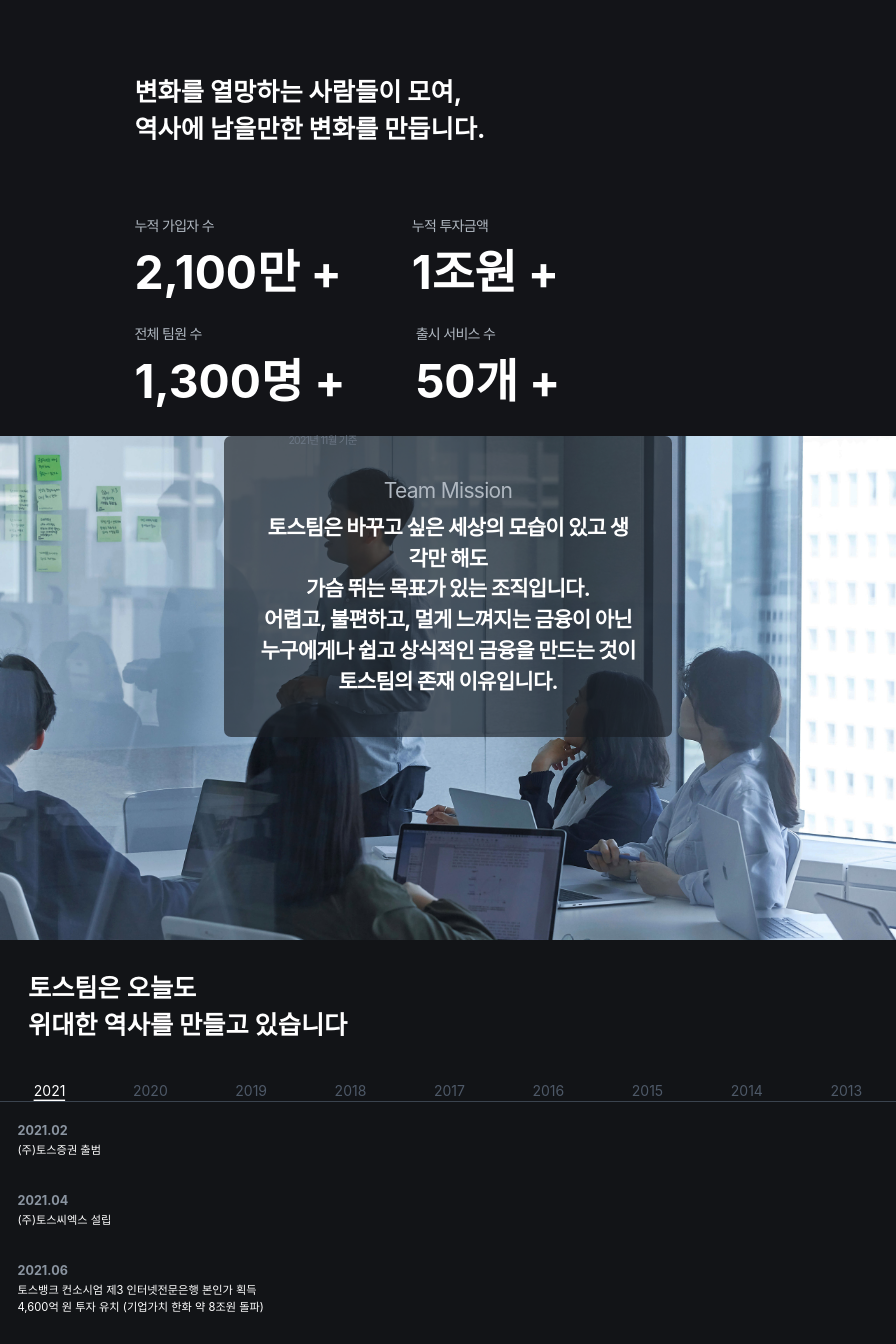
Repository: Tossproject/tossProject
Page: common/intro.html
An editor plug-in stored every save of this project. The page is shown before and after the next save, followed by the edit.
The browser window is 1280 px wide. The pictures show the part of the page from y = 817 to 2737 px (the page is 8412 px tall), at 70% of full size.
A picture or video elsewhere on the page could not be fetched, so the positions and the page height are approximate.

Above is the page before, as saved 2022-01-09 11:32:45.

### common/intro.html
<!DOCTYPE html>
<html lang="ko">

<head>
    <meta charset="UTF-8">
    <meta http-equiv="X-UA-Compatible" content="IE=edge">
    <meta name="viewport" content="width=device-width, initial-scale=1.0">
    <title>토스팀 소개</title>
    <link rel="stylesheet" href="../css/common.css">
    <link rel="shortcut icon" href="https://static.toss.im/tds/favicon/favicon.ico">
    <link rel="stylesheet" href="../css/intro.css">
    <link rel="stylesheet" href="https://use.fontawesome.com/releases/v5.15.4/css/all.css" integrity="sha384-DyZ88mC6Up2uqS4h/KRgHuoeGwBcD4Ng9SiP4dIRy0EXTlnuz47vAwmeGwVChigm" crossorigin="anonymous">
</head>
</head>

<body>
    <div class="container">
        <!-- header -->
        <header>
            <nav class="toss_nav">
                <div class="navicon">
                    <a href="#" class="logo"><img src="../images/logo.svg" alt="toss"></a>
                    <div class="trigger">
                        <span class="icon"></span>
                        <span class="icon2"></span>
                    </div>
                </div>
                <ul>
                    <li><a href="#">회사 소개</a></li>
                    <li><a href="#">고객 센터</a></li>
                    <li><a href="#">자주 묻는 질문</a></li>
                    <li><a href="#">공동인증서 관리</a></li>
                    <li><a href="#">채용</a></li>
                </ul>
            </nav>
        </header>
        <!--섹션 1-->
        <section>
            <div class="first-section">
                <div class="txt">
                   <p> 금융, 그 이상의<br>역사를 만들고 있습니다<br></p>
                    <i class="fas fa-chevron-down"></i>
                </div>
            </div>
        </section>

        <!--섹션 2-->
        <section>
            <div class="second-section">
                <h4>변화를 열망하는 사람들이 모여,<br>역사에 남을만한 변화를 만듭니다.</h4>
                <ul>
                    <li>
                        <p>누적 가입자 수</p>
                        <h3>2,100만 +</h3>
                    </li>
                    <li class="mr">
                        <p>누적 투자금액</p>
                        <h3>1조원 +</h3>
                    </li>
                    <li>
                        <p>전체 팀원 수</p>
                        <h3>1,300명 +</h3>
                    </li>
                    <li class="mr">
                        <p>출시 서비스 수</p>
                        <h3>50개 +</h3>
                    </li>
                    <li class="pl">
                        <span>2021년 11월 기준</span>
                    </li>
                </ul>
            </div>
        </section>

        <!--섹션 3-->
        <section>
            <div class="third-section">
                <div class="modal">
                    <h4>Team Mission</h4>
                    <p>토스팀은 바꾸고 싶은 세상의 모습이 있고 생각만 해도<br>가슴 뛰는 목표가 있는 조직입니다. <br>어렵고, 불편하고, 멀게 느껴지는 금융이 아닌<br>누구에게나 쉽고 상식적인 금융을 만드는 것이 토스팀의 존재 이유입니다.</p>
                </div>
            </div>
        </section>

        <!--섹션 4-->
        <section>
            <div class="fourth-section">
                <h3>토스팀은 오늘도 <br>위대한 역사를 만들고 있습니다</h3>
                <ul class="year-tab">
                    <li class="year-active">2021</li>
                    <li>2020</li>
                    <li>2019</li>
                    <li>2018</li>
                    <li>2017</li>
                    <li>2016</li>
                    <li>2015</li>
                    <li>2014</li>
                    <li>2013</li>
                </ul>
                <div class="annual-contents">
                    <ul>
                        <li>
                            <span>2021.02</span>
                            <p>(주)토스증권 출범</p>
                        </li>
                        <li>
                            <span>2021.04</span>
                            <p>(주)토스씨엑스 설립</p>
                        </li>
                        <li>
                            <span>2021.06</span>
                            <p>토스뱅크 컨소시엄 제3 인터넷전문은행 본인가 획득<br>4,600억 원 투자 유치 (기업가치 한화 약 8조원 돌파)</p>
                        </li>
                        <li>
                            <span>2021.08</span>
                            <p>평생 무료 송금 정책 전격 도입</p>
                        </li>
                    </ul>
                </div>
            </div>
        </section>

        <!--섹션 5-->
        <section>
            <div class="fifth-section">
                <div class="finance">
                    <h3>토스가 바꿀 금융</h3>
                    <p>모두를 위한, 새로운 금융을 만들고자 합니다</p>
                </div>
                <ul>
                    <li>
                        <div class="contents core">
                            <p>토스코어</p>
                            <h4>상식적인 금융 서비스는 <br>삶을 윤택하게 합니다</h4>
                            <i class="fas fa-plus-circle fa-lg"></i>
                        </div>
                    </li>
                    <li>
                        <div class="contents stock">
                            <p>토스증권</p>
                            <h4>투자, 쉽게 시작하고 즐길 수<br>있는 문화가 됩니다</h4>
                            <i class="fas fa-plus-circle fa-lg"></i>
                        </div>
                    </li>
                    <li>
                        <div class="contents pay">
                            <p>토스페이먼츠</p>
                            <h4>결제산업의 새로운 미래를 <br>제시합니다</h4>
                            <i class="fas fa-plus-circle fa-lg"></i>
                        </div>
                    </li>
                    <li>
                        <div class="contents insure">
                            <p>토스인슈어런스</p>
                            <h4>궁극적인 목표는 <br>고객이 만족하는 것</h4>
                            <i class="fas fa-plus-circle fa-lg"></i>
                        </div>
                    </li>
                    <li>
                        <div class="contents bank">
                            <p>토스뱅크</p>
                            <h4>포용과 혁신의 은행을 <br>지향합니다</h4>
                            <i class="fas fa-plus-circle fa-lg"></i>
                        </div>
                    </li>
                    <li>
                        <div class="contents c-ex">
                            <p>토스씨엑스</p>
                            <h4>고객 경험을 <br>최우선으로 생각합니다</h4>
                            <i class="fas fa-plus-circle fa-lg"></i>
                        </div>
                    </li>
                </ul>
            </div>
        </section>

        <!--섹션 6-->
        <section>
            <div class="sixth-section">
                <h3>세계적인 투자자들이 <br>토스팀과 함께합니다</h3>
                <div class="investor">
                    <img src="../images/logo-aspex.jpg" alt="ASPEX MANAGEMENT">
                    <img src="../images/logo-bessemer.jpg" alt="Bessemer Venture Partners">
                    <img src="../images/logo-paypal.jpg" alt="PayPal">
                    <img src="../images/logo-goodwater.jpg" alt="GOODWATER CAPITAL">
                    <img src="../images/logo-kp.jpg" alt="KLEINER PERKINS">
                    <img src="../images/logo-altos.jpg" alt="ALTOS VENTURES">
                    <img src="../images/logo-gic.jpg" alt="GIC">
                    <img src="../images/logo-ribbit.jpg" alt="Ribbit Capital">
                </div>
            </div>
        </section>

        <!--섹션 7-->
        <section>
            <div class="seventh-section">
                <h3>언론 속의 토스</h3>
                <nav>
                    <ul>
                        <li class="news-active">2021</li>
                        <li>2020</li>
                        <li>2019</li>
                        <li>2018</li>
                        <li>2017</li>
                    </ul>
                </nav>
                <div class="news-contents">
                    <ul>
                        <li>
                            <a href="https://www.hankyung.com/economy/article/2021062395441">
                                <p><span>한국경제</span> 2021.06</p>
                                <h4>토스, 기업가치 8조로... '데카콘' 눈앞</h4>
                            </a>
                        </li>
                        <li>
                            <a href="https://www.mk.co.kr/news/economy/view/2021/06/558615">
                                <p><span>매일경제</span> 2021.06</p>
                                <h4>"학생 주부도 맘놓고 대출" 9월 문여는 토스뱅크, 중저신용자 대출 승부수</h4>
                            </a>
                        </li>
                        <li>
                            <a href="https://www.chosun.com/economy/stock-finance/2021/06/10/IRKKDBHR6NDEHAS6XPORIJ7Q24/?utm_source=naver&utm_medium=referral&utm_campaign=naver-news">
                                <p><span>조선일보</span> 2021.06</p>
                                <h4>20대 80% 쓰는 토스, 은행된다... "세계 첫 슈퍼 금융앱 기대하라"</h4>
                            </a>
                        </li>
                        <li>
                            <a href="https://www.edaily.co.kr/news/read?newsId=02414086629013496&mediaCodeNo=257&OutLnkChk=Y">
                                <p><span>이데일리</span> 2021.04</p>
                                <h4>토스, 지난해 매출 4000억 육박 ... "올해 매출 1조원 도전"</h4>
                            </a>
                        </li>
                        <li>
                            <a href="https://www.sedaily.com/NewsView/22ILDBO5VD">
                                <p><span>서울경제</span> 2021.02</p>
                                <h4>'토스가 핀테크 유니콘 되기까지' 오리지널 다큐멘터리 공개</h4>
                            </a>
                        </li>
                        <li>
                            <a href="http://news.heraldcorp.com/view.php?ud=20210203000264">
                                <p><span>헤럴드경제</span> 2021.02</p>
                                <h4>'모바일·초보·밀레니얼' 3박자 갖춘 토스증권 출범</h4>
                            </a>
                        </li>
                    </ul>
                </div>
                <button type="button">공식 보도자료 보기</button>
            </div>
        </section>

        <!-- footer -->
        <footer>
            <div class="footerbox">

                <!-- footer_top -->
                <div class="footer_top">
                    <ul class="list_service">
                        <li class="title">서비스</li>
                        <li><a href="#">공지사항</a></li>
                        <li><a href="#">자주 묻는 질문</a></li>
                        <li><a href="#">공동인증서 관리</a></li>
                        <li><a href="#">계정 일시잠금</a></li>
                        <li><a href="#">고객센터</a></li>
                        <li><a href="#">브랜드리소스센터</a></li>
                    </ul>
                    <ul class="list_company">
                        <li class="title">회사</li>
                        <li><a href="#">회사 소개</a></li>
                        <li><a href="#">토스페이먼츠</a></li>
                        <li><a href="#">토스인슈어런스</a></li>
                        <li><a href="#">토스증권</a></li>
                        <li><a href="#">토스씨엑스</a></li>
                        <li><a href="#">토스뱅크</a></li>
                        <li><a href="#">채용</a></li>
                        <li><a href="#">블로그</a></li>
                        <li><a href="#">공고</a></li>
                    </ul>
                    <ul class="list_inquire">
                        <li class="title">문의</li>
                        <li><a href="#">사업 제휴</a></li>
                        <li><a href="#">광고 문의</a></li>
                        <li><a href="#">인증 사업 문의</a></li>
                        <li><a href="#">마케팅·PR</a></li>
                        <li><a href="#">IR</a></li>
                    </ul>
                    <ul class="list_center">
                        <li class="title">고객센터</li>
                        <li><a href="#">전화: 1599-49-5 (24시간 연중무휴)</a></li>
                        <li><a href="#">이메일(고객전용): support@toss.im</a></li>
                        <li><a href="#">이메일(외부기관전용): support-af@toss.im</a></li>
                        <li><a href="#">민원 접수</a></li>
                    </ul>
                </div>

                <!-- footer_bottom -->
                <div class="footer_bottom">
                    <!-- footer_bottom_infobox -->
                    <div class="infobox">
                        <p><strong>(주)비바리퍼블리카</strong></p>
                        <p>
                            사업자 등록번호 : 120-88-01280 | 대표 : 이승건<br>
                            호스팅 서비스 : 주식회사 비바리퍼블리카 | 통신판매업 신고번호 : 2014-서울강남-03377 <a href="#">사업자정보확인</a><br>
                            06236 서울특별시 강남구 테헤란로 142, 12층 (역삼동, 아크플레이스)<br>
                            고객센터 : 서울특별시 강남구 테헤란로 133, 8층 (역삼동, 한국타이어빌딩)
                        </p>
                    </div>

                    <!-- footer_bottom_smaillListbox -->
                    <div class="smallListbox">
                        <ul class="smallList">
                            <li><a href="#">서비스 이용약관</a></li>
                            <li><a href="#">통합 금융정보 서비스 약관</a></li>
                            <li><a href="#">이용자의 권리 및 유의사항</a></li>
                            <li><a href="#"><strong>개인정보 처리방침</strong></a></li>
                            <li><a href="#"><strong>채용팀 개인정보 처리방침</strong></a></li>
                            <li><a href="#">영상정보처리기기 운영 관리 방침</a></li>
                            <li><a href="#">위치기반서비스 이용약관</a></li>
                            <li><a href="#">가맹점 고지사항</a></li>
                            <li><a href="#">토스 전자서명인증업무준칙</a></li>
                            <li><a href="#">토스인증 서비스 약관</a></li>
                            <li><a href="#">금융소비자보호</a></li>
                        </ul>
                    </div>

                    <!-- footer_bottom_snsbox -->
                    <div class="snsbox">
                        <ul class="sns">
                            <li><a href="#"><img src="../images/icn-facebook.svg"></a></li>
                            <li><a href="#"><img src="../images/icn-blog.svg"></a></li>
                            <li><a href="#"><img src="../images/icn-naver.svg"></a></li>
                            <li><a href="#"><img src="../images/icn-twitter.svg"></a></li>
                            <li><a href="#"><img src="../images/icn-instagram.svg"></a></li>
                        </ul>
                    </div>
                </div>
            </div>
        </footer>
    </div>

    <script src="https://code.jquery.com/jquery-3.6.0.min.js"
        integrity="sha256-/xUj+3OJU5yExlq6GSYGSHk7tPXikynS7ogEvDej/m4=" crossorigin="anonymous"></script>
    <script>
        /* nav */
        $(".trigger").on("click", function () {

            if ($(".icon2").css("display") == "none") {
                $(".icon2").css("display", "block").css("backgroundSize", "100% 21px").css("transform", "translate(-50%, -50%) rotate(45deg)");
                $(".icon").css("backgroundSize", "100% 21px").css("transform", "translate(15%, 71%) rotate(-45deg)");
                $(".toss_nav ul").slideDown(300, "swing");

            } else if ($(".icon2").css("display") == "block") {
                $(".icon2").css("display", "none");
                $(".icon").css("backgroundSize", "100% 8px").css("transform", "none");
                $(".toss_nav ul").slideUp(300, "swing");
            }
        });
    /* nav */
    </script>
</body>

</html>

### css/intro.css
.first-section {
  background: url("../images/intro1.jpg") no-repeat center;
  background-size: cover;
  width: 100vw;
  height: 100vh;
  color: white;
  position: relative;
}

.first-section .txt {
  font-size: 36px;
  font-weight: bold;
  text-align: center;
  position: absolute;
  bottom: 0;
  right: 0;
  margin-right: 30%;
  margin-bottom: 200px;
}

.first-section .txt i {
  margin-top: 40px;
}

.second-section {
  background: #131418;
  color: white;
  height: 100vh;
  padding: 200px 0;
}

.second-section h4 {
  text-align: center;
  font-size: 28px;
  margin-bottom: 100px;
}

.second-section ul {
  margin-left: 5%;
}

.second-section ul li {
  margin-bottom: 30px;
}

.second-section p {
  color: #b0b8c1;
  letter-spacing: -1px;
  font-size: 17px;
}

.second-section h3 {
  font-size: 40px;
}

.second-section span {
  color: #6b7684;
  font-size: 15px;
  letter-spacing: -1px;
}

.third-section {
  width: 100vw;
  height: 100vh;
  background: url("../images/intro2.jpg") no-repeat center;
  background-size: cover;
}

.third-section .modal {
  background: rgba(26, 30, 36, 0.65);
  width: 90%;
  margin: 0 auto;
  border-radius: 10px;
  padding: 40px 15px;
  text-align: center;
  color: white;
  font-size: 20px;
  font-weight: bold;
  letter-spacing: -1px;
}

.third-section h4 {
  color: #b0b8c1;
  font-weight: normal;
  margin-bottom: 10px;
}

@media screen and (min-width: 768px) {
  .first-section .txt {
    font-size: 72px;
    font-weight: bold;
    text-align: center;
    position: absolute;
    bottom: 0;
    right: 0;
    margin-left: 20%;
    margin-bottom: 200px;
  }
  .first-section .txt p {
    margin-bottom: 100px;
  }
  .first-section .txt i {
    font-size: 36px;
  }

  .second-section h4,
  .second-section ul {
    max-width: 1200px;
  }
  .second-section h4 {
    text-align: left;
    margin-left: 15%;
    font-size: 36px;
  }
  .second-section ul {
    display: flex;
    flex-wrap: wrap;
    margin-left: 15%;
  }
  .second-section li {
    margin-right: 100px;
  }
  .second-section p {
    font-size: 20px;
  }
  .second-section h3 {
    font-size: 66px;
  }
  .second-section li.mr {
    margin-right: 400px;
  }
  .second-section li.pl {
    padding-left: 220px;
  }

  .third-section .modal {
    width: 50%;
    padding: 60px 50px;
    font-size: 30px;
  }
}

.fourth-section {
  background: #121417;
  color: white;
  padding-bottom: 100px;
}

.fourth-section h3 {
  font-size: 36px;
  padding: 40px;
  margin-bottom: 20px;
}

ul.year-tab {
  display: flex;
  justify-content: space-around;
  border-bottom: 1px solid rgb(78, 89, 104);
  margin-bottom: 20px;
}

ul.year-tab li {
  font-size: 20px;
  color: rgb(78, 89, 104);
}

ul.year-tab li.year-active {
  color: white;
  border-bottom: 2px solid white;
}
.annual-contents {
  padding: 10px 25px;
}

.annual-contents li {
  margin-bottom: 50px;
}

.annual-contents span {
  color: rgb(139, 149, 161);
  font-size: 18px;
  font-weight: bold;
}

.annual-contents p {
  margin-top: 5px;
}

.fifth-section {
  width: 100vw;
  height: auto;
  padding: 80px 0;
}

.fifth-section li {
  padding-left: 15px;
}

.fifth-section .finance h3 {
  font-size: 36px;
  text-align: center;
  margin-bottom: 20px;
}

.fifth-section .finance p {
  font-size: 20px;
  text-align: center;
  color: #4e5968;
  margin-bottom: 40px;
}

.fifth-section li .contents {
  background-size: cover;
  margin-left: 15px;
  width: 90vw;
  height: 400px;
  border-radius: 10px;
  padding: 20px;
  margin-bottom: 10px;
}

.fifth-section li .core {
  background: url("../images/intro3.jpg") no-repeat center;
  background-size: cover;
}

li .contents h4 {
  color: #333d4b;
  font-size: 28px;
  letter-spacing: -1px;
  margin-top: 15px;
  margin-bottom: 15px;
}

.fifth-section li .stock {
  background: url("../images/intro4.jpg") no-repeat center;
}

.fifth-section li .pay {
  background: url("../images/intro5.jpg") no-repeat center;
}

.fifth-section li .insure {
  background: url("../images/intro6.jpg") no-repeat center;
}

.fifth-section li .bank {
  background: url("../images/intro7.jpg") no-repeat center;
}

.fifth-section li .c-ex {
  background: url("../images/intro8.jpg") no-repeat left center;
}

.sixth-section {
  width: 100vw;
  background-color: #f9fafb;
  padding: 50px 20px;
}

.sixth-section .investor {
  display: flex;
  flex-wrap: wrap;
  justify-content: space-between;
  margin-top: 30px;
}

.sixth-section img {
  width: 180px;
  height: 80px;
  display: block;
}

.sixth-section h3 {
  font-size: 32px;
  text-align: center;
}

.seventh-section {
  padding: 100px 50px;
}

.seventh-section h3 {
  font-size: 32px;
  text-align: center;
  padding: 20px 0;
}

.seventh-section nav ul {
  display: flex;
  font-size: 20px;
  font-weight: bold;
  color: #4e5968;
  margin-bottom: 30px;
}

.seventh-section nav ul li {
  margin-right: 10px;
  padding: 10px 15px;
}

.seventh-section nav ul li.news-active {
  background-color: #f2f4f6;
  border-radius: 20px;
  color: black;
}

.news-contents {
  margin-top: 70px;
}

.news-contents span {
  color: rgb(49, 130, 246);
  margin-right: 10px;
  font-weight: bold;
  letter-spacing: -1px;
}

.news-contents p {
  font-size: 14px;
  color: rgb(176, 184, 193);
  font-weight: 500;
}

.news-contents h4 {
  color: rgb(51, 61, 75);
  padding: 7px 0;
  margin-bottom: 40px;
  font-size: 20px;
}

.news-contents li {
  border-bottom: 1px solid rgba(69, 79, 93, 0.07);
  margin-bottom: 30px;
}

.seventh-section button {
  display: block;
  padding: 15px;
  margin: 0 auto;
  border-radius: 8px;
  border: none;
  margin-top: 70px;
  font-size: 15px;
  font-weight: bold;
  color: #4e5968;
  cursor: pointer;
}

Loaded but not shown: css/common.css (370 lines, source omitted)

After the next save:
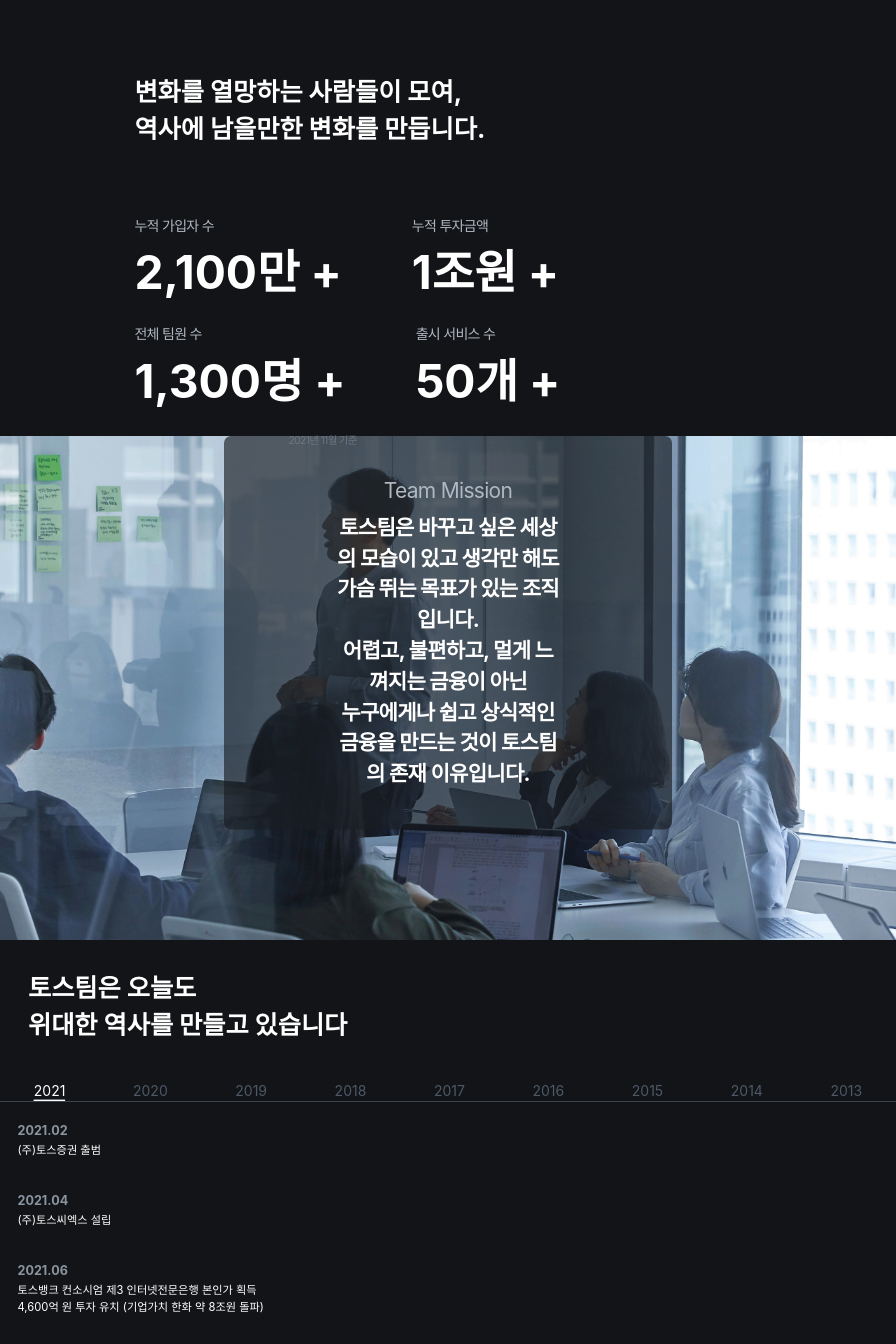
Saved 21 s later.
--- a/css/intro.css
+++ b/css/intro.css
@@ -135,7 +135,7 @@
 
   .third-section .modal {
     width: 50%;
-    padding: 60px 50px;
+    padding: 60px 12.5%;
     font-size: 30px;
   }
 }
